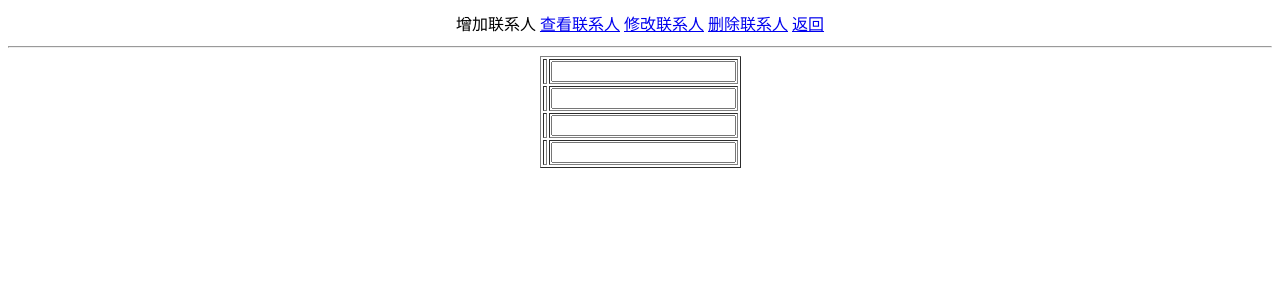
Repository: zy840055899/old-workspace
Page: http://localhost/PIMS/friendManager/addFriend.jsp
An editor plug-in stored every save of this project. The page is shown before and after the next save, followed by the edit.
The browser window is 1280 px wide. The pictures show the whole page.
The page is served by Tomcat 9.

Above is the page before, as saved 2014-03-13 11:47:01.

After the next save:
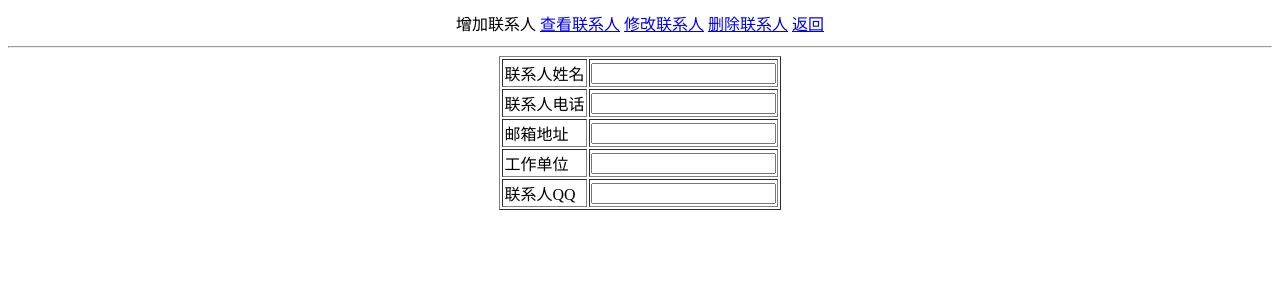
Saved 106 s later.
--- a/PIMS/WebContent/friendManager/addFriend.jsp
+++ b/PIMS/WebContent/friendManager/addFriend.jsp
@@ -27,23 +27,40 @@
 <table border="1" >
 
 <tr>
-<td></td>
-<td><input type="text" name=""></td>
+<td>联系人姓名</td>
+<td><input type="text" name="name"></td>
 </tr>
 
 <tr>
-<td></td>
-<td><input type="text" name=""></td>
+<td>联系人电话</td>
+<td><input type="text" name="phone"></td>
 </tr>
 
 <tr>
-<td></td>
-<td><input type="text" name=""></td>
+<td>邮箱地址</td>
+<td><input type="text" name="email"></td>
 </tr>
 
 <tr>
-<td></td>
-<td><input type="text" name=""></td>
+<td>工作单位</td>
+<td><input type="text" name="workPlace"></td>
+</tr>
+
+
+
+
+
+
+
+
+
+
+
+
+
+<tr>
+<td>联系人QQ</td>
+<td><input type="text" name="QQ"></td>
 </tr>
 
 
